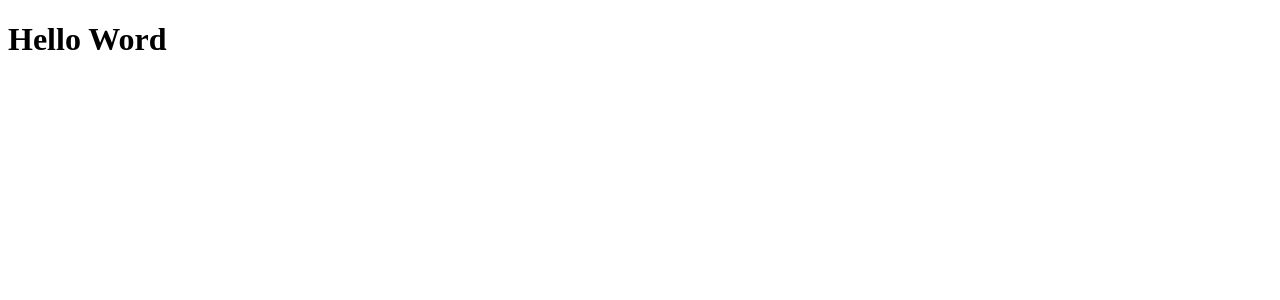
Repository: soualexandre/github-explore
Page: /
An editor plug-in stored every save of this project. The page is shown before and after the next save, followed by the edit.
The browser window is 1280 px wide. The pictures show the whole page.
The project was rebuilt for these pictures with package versions that can differ from the ones it lists, and the page was loaded fresh each time. Also part of the build but not shown: webpack.config.js.

Above is the page before, as saved 2021-07-09 14:21:55.

### public/index.html
<!DOCTYPE html>
<html lang="en">
<head>
    <meta charset="UTF-8">
    <meta http-equiv="X-UA-Compatible" content="IE=edge">
    <meta name="viewport" content="width=device-width, initial-scale=1.0">
    <title>Github Explore</title>
</head>
<body>
    <div id="root"></div>
    <script src="../dist/bundle.js"></script>
</body>
</html>

### src/index.jsx
import {render} from 'react-dom'
import {App} from './App'
render(
    <App/>,
     document.getElementById("root"))

### src/App.jsx
import React from 'react'

export function App(){
    return <h1>Hello Word</h1>
}

### src/atyles/global.css
*{
    margin: 0;
    padding: 0;
    box-sizing: border-box;
}
body{
    font-family: Arial, Helvetica, sans-serif;
}

After the next save:
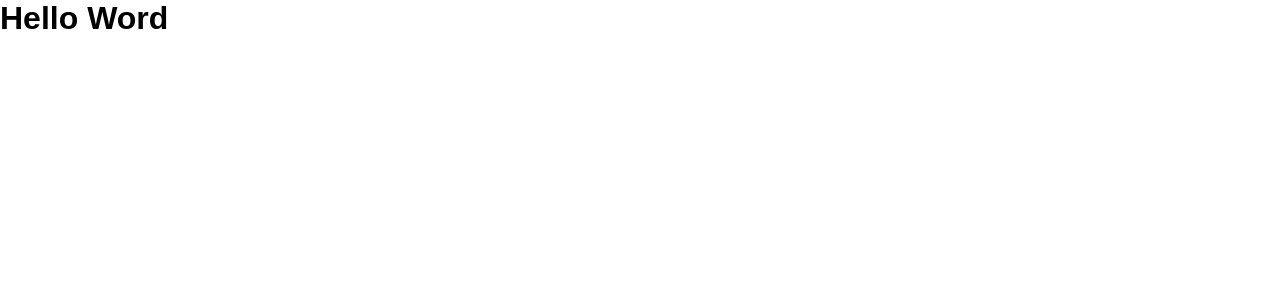
Saved 74 s later.
--- a/src/App.jsx
+++ b/src/App.jsx
@@ -1,5 +1,5 @@
 import React from 'react'
-
+import './atyles/global.css'
 export function App(){
     return <h1>Hello Word</h1>
 }
